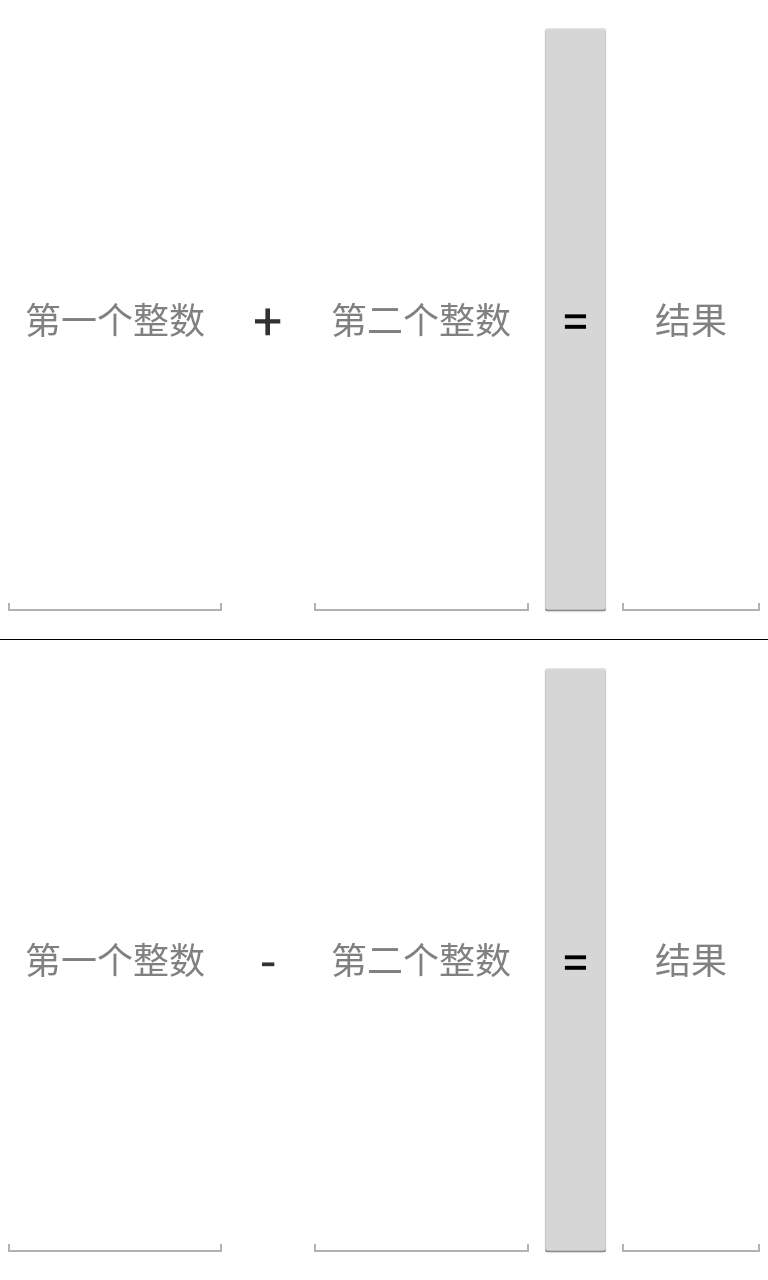
Repository: ouyangshengduo/Android_NDK_First
Layout: Android_NDK_Demo001/res/layout/activity_main.xml
These files come from the project's save history. The layout is drawn as it stood at one moment and after the next save; the edit follows.
It is drawn on a 768 x 1280 px phone screen (xhdpi) without system bars, with theme AppTheme; the app's code is not run.

Above is the layout before, as saved 2016-06-10 04:52:31.

### Android_NDK_Demo001/res/layout/activity_main.xml
<LinearLayout xmlns:android="http://schemas.android.com/apk/res/android"
    xmlns:tools="http://schemas.android.com/tools"
    android:layout_width="fill_parent"
    android:layout_height="fill_parent"
    android:orientation="vertical">

    <LinearLayout
        android:layout_height="0dp"
        android:layout_width="fill_parent"
        android:layout_weight="1"
        android:orientation="horizontal"
        android:layout_marginTop="10dp"
        android:layout_marginBottom="10dp">

        <EditText
            android:id="@+id/etAdd_A"
            android:layout_width="0dp"
            android:layout_height="fill_parent"
            android:layout_weight="3"
            android:inputType="number"
            android:numeric="integer"
            android:hint="第一个整数"
            android:gravity="center"
            />
        <TextView
            android:layout_height="fill_parent"
            android:layout_width="0dp"
            android:layout_weight="1"
            android:layout_gravity="center"
            android:gravity="center"
            android:text="+"
            android:textSize="26sp"/>

        <EditText
            android:id="@+id/etAdd_B"
            android:layout_width="0dp"
            android:layout_height="fill_parent"
            android:layout_weight="3"
            android:inputType="number"
            android:numeric="integer"
            android:hint="第二个整数"
            android:gravity="center"
            />
        <Button
            android:id="@+id/btn_Add"
            android:layout_height="fill_parent"
            android:layout_width="0dp"
            android:layout_weight="1"
            android:gravity="center"
            android:text="="
            android:textSize="26sp"/>

        <EditText
            android:id="@+id/etAddResult"
            android:layout_width="0dp"
            android:layout_height="fill_parent"
            android:layout_weight="2"
            android:hint="结果"
            android:gravity="center"
            />
    </LinearLayout>

    <View
        android:layout_width="match_parent"
        android:layout_height="0.5dp"
        android:background="@android:color/black" />
    <LinearLayout
        android:layout_height="0dp"
        android:layout_width="fill_parent"
        android:layout_marginTop="10dp"
        android:layout_marginBottom="10dp"
        android:layout_weight="1"
        android:orientation="horizontal">

        <EditText
            android:id="@+id/etSub_A"
            android:layout_width="0dp"
            android:layout_height="fill_parent"
            android:layout_weight="3"
            android:inputType="number"
            android:numeric="integer"
            android:hint="第一个整数"
            android:gravity="center"
            />
        <TextView
            android:layout_height="fill_parent"
            android:layout_width="0dp"
            android:layout_weight="1"
            android:layout_gravity="center"
            android:gravity="center"
            android:text="-"
            android:textSize="26sp"/>


        <EditText
            android:id="@+id/etSub_B"
            android:layout_width="0dp"
            android:layout_height="fill_parent"
            android:layout_weight="3"
            android:inputType="number"
            android:numeric="integer"
            android:hint="第二个整数"
            android:gravity="center"
            />
        <Button
            android:id="@+id/btn_Sub"
            android:layout_height="fill_parent"
            android:layout_width="0dp"
            android:layout_weight="1"
            android:gravity="center"
            android:text="="
            android:textSize="26sp"/>

        <EditText
            android:id="@+id/etSubResult"
            android:layout_width="0dp"
            android:layout_height="fill_parent"
            android:layout_weight="2"
            android:hint="结果"
            android:gravity="center"
            />
    </LinearLayout>

</LinearLayout>

Loaded but not shown: Android_NDK_Demo001/res/values/styles.xml (common file); Android_NDK_Demo001/res/values-v11/styles.xml (common file); Android_NDK_Demo001/res/values-v14/styles.xml (common file)

After the next save:
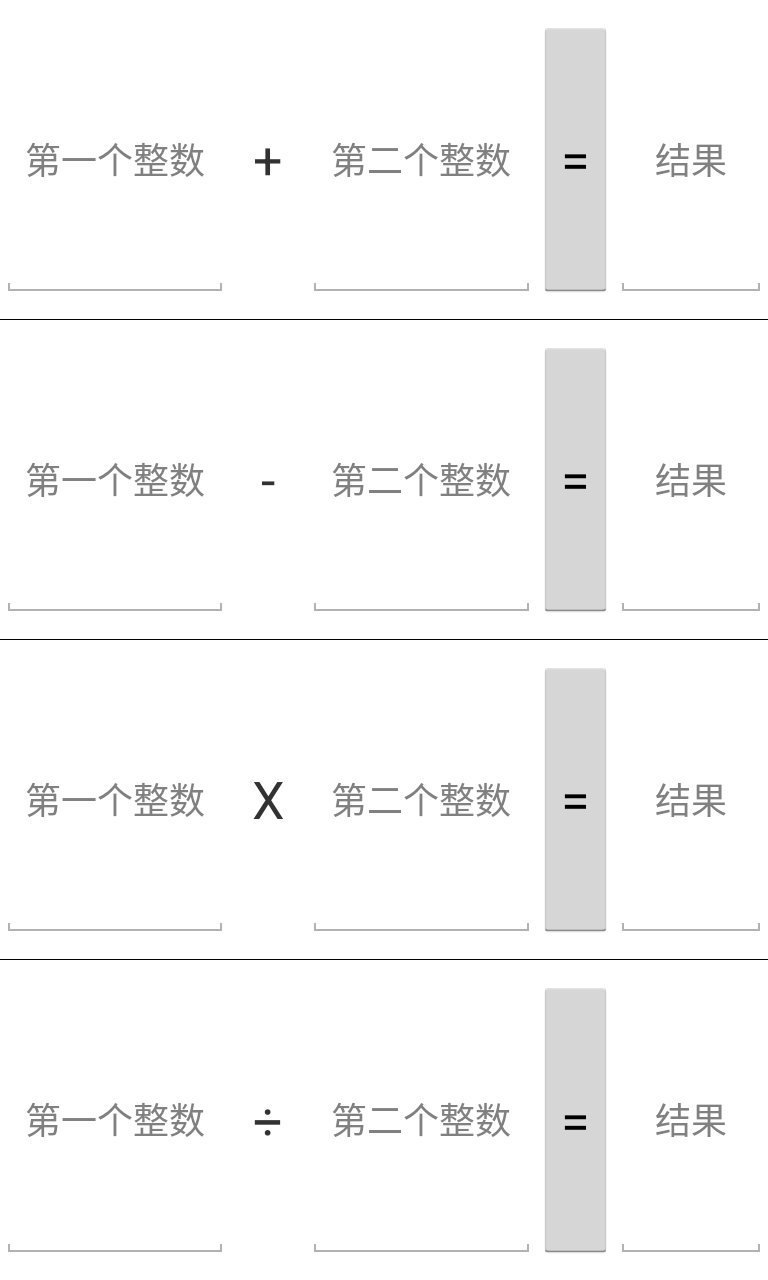
Saved 108 s later.
--- a/Android_NDK_Demo001/res/layout/activity_main.xml
+++ b/Android_NDK_Demo001/res/layout/activity_main.xml
@@ -120,5 +120,125 @@
             android:gravity="center"
             />
     </LinearLayout>
+    <View
+        android:layout_width="match_parent"
+        android:layout_height="0.5dp"
+        android:background="@android:color/black" />
+    <LinearLayout
+        android:layout_height="0dp"
+        android:layout_width="fill_parent"
+        android:layout_marginTop="10dp"
+        android:layout_marginBottom="10dp"
+        android:layout_weight="1"
+        android:orientation="horizontal">
+
+        <EditText
+            android:id="@+id/etMul_A"
+            android:layout_width="0dp"
+            android:layout_height="fill_parent"
+            android:layout_weight="3"
+            android:inputType="number"
+            android:numeric="integer"
+            android:hint="第一个整数"
+            android:gravity="center"
+            />
+        <TextView
+            android:layout_height="fill_parent"
+            android:layout_width="0dp"
+            android:layout_weight="1"
+            android:layout_gravity="center"
+            android:gravity="center"
+            android:text="X"
+            android:textSize="26sp"/>
+
+
+        <EditText
+            android:id="@+id/etMul_B"
+            android:layout_width="0dp"
+            android:layout_height="fill_parent"
+            android:layout_weight="3"
+            android:inputType="number"
+            android:numeric="integer"
+            android:hint="第二个整数"
+            android:gravity="center"
+            />
+        <Button
+            android:id="@+id/btn_Mul"
+            android:layout_height="fill_parent"
+            android:layout_width="0dp"
+            android:layout_weight="1"
+            android:gravity="center"
+            android:text="="
+            android:textSize="26sp"/>
+
+        <EditText
+            android:id="@+id/etMulResult"
+            android:layout_width="0dp"
+            android:layout_height="fill_parent"
+            android:layout_weight="2"
+            android:hint="结果"
+            android:gravity="center"
+            />
+    </LinearLayout>
+    <View
+        android:layout_width="match_parent"
+        android:layout_height="0.5dp"
+        android:background="@android:color/black" />
+    <LinearLayout
+        android:layout_height="0dp"
+        android:layout_width="fill_parent"
+        android:layout_marginTop="10dp"
+        android:layout_marginBottom="10dp"
+        android:layout_weight="1"
+        android:orientation="horizontal">
+
+        <EditText
+            android:id="@+id/etDiv_A"
+            android:layout_width="0dp"
+            android:layout_height="fill_parent"
+            android:layout_weight="3"
+            android:inputType="number"
+            android:numeric="integer"
+            android:hint="第一个整数"
+            android:gravity="center"
+            />
+        <TextView
+            android:layout_height="fill_parent"
+            android:layout_width="0dp"
+            android:layout_weight="1"
+            android:layout_gravity="center"
+            android:gravity="center"
+            android:text="÷"
+            android:textSize="26sp"/>
+
+
+        <EditText
+            android:id="@+id/etMul_B"
+            android:layout_width="0dp"
+            android:layout_height="fill_parent"
+            android:layout_weight="3"
+            android:inputType="number"
+            android:numeric="integer"
+            android:hint="第二个整数"
+            android:gravity="center"
+            />
+        <Button
+            android:id="@+id/btn_Mul"
+            android:layout_height="fill_parent"
+            android:layout_width="0dp"
+            android:layout_weight="1"
+            android:gravity="center"
+            android:text="="
+            android:textSize="26sp"/>
+
+        <EditText
+            android:id="@+id/etMulResult"
+            android:layout_width="0dp"
+            android:layout_height="fill_parent"
+            android:layout_weight="2"
+            android:hint="结果"
+            android:gravity="center"
+            />
+    </LinearLayout>
 
 </LinearLayout>
